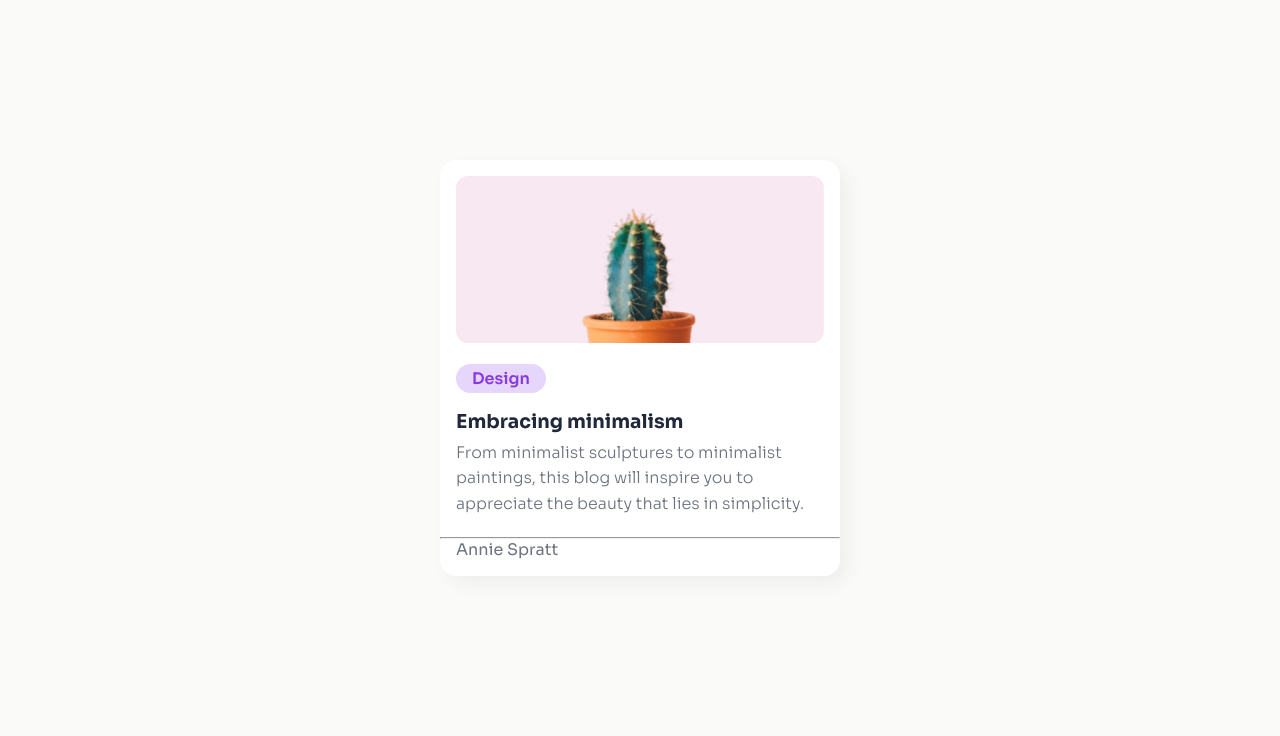
Repository: PCGP22/devChallengesio
Page: 01 - Minimal Blog Card/blogCard.html
The author's editor kept a copy of each file at every save. The page is drawn from the files as they stood at one save, then again after the next save.
The browser window is 1280 px wide. The pictures show the whole page.

Above is the page before, as saved 2024-01-01 20:08:20.

After the next save:
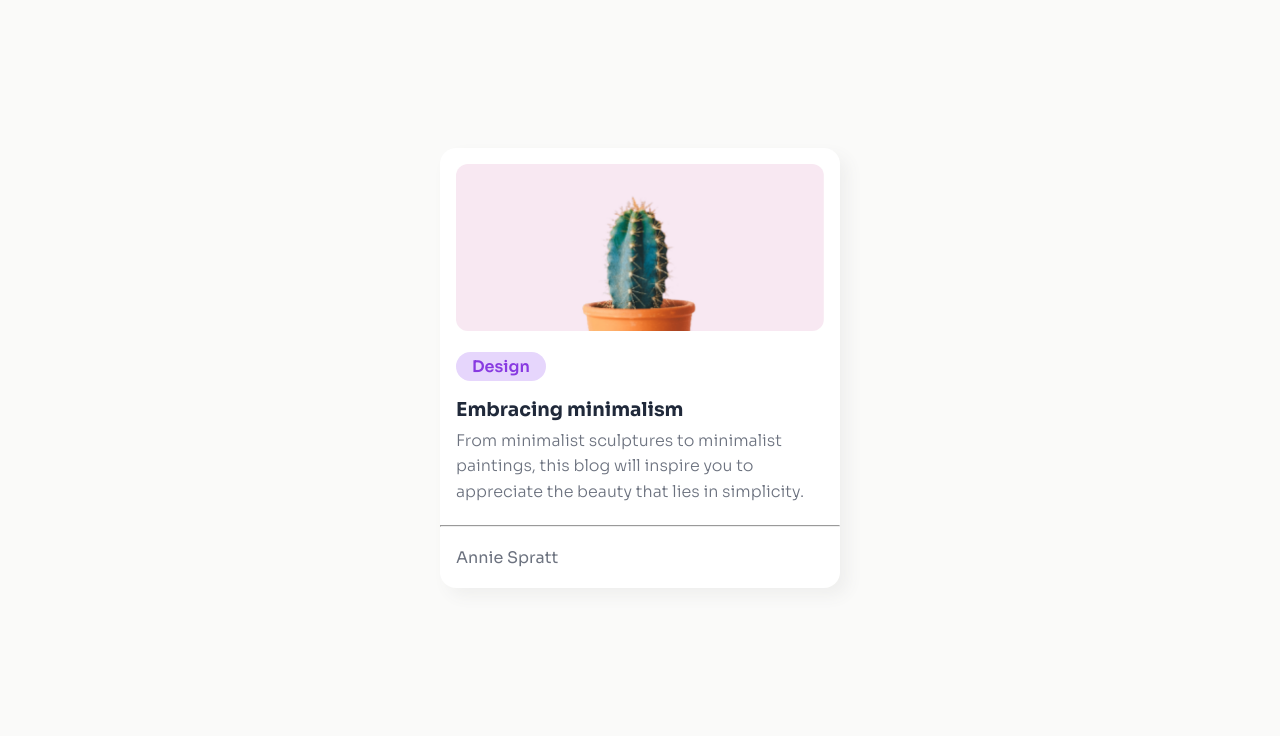
Saved 18 s later.
--- a/01 - Minimal Blog Card/styles.css
+++ b/01 - Minimal Blog Card/styles.css
@@ -69,4 +69,6 @@ hr{
 .author{
     color: var(--text_body);
     margin-block: 0;
+    padding-top: 20px;
+    padding-bottom: 4px;
 }
